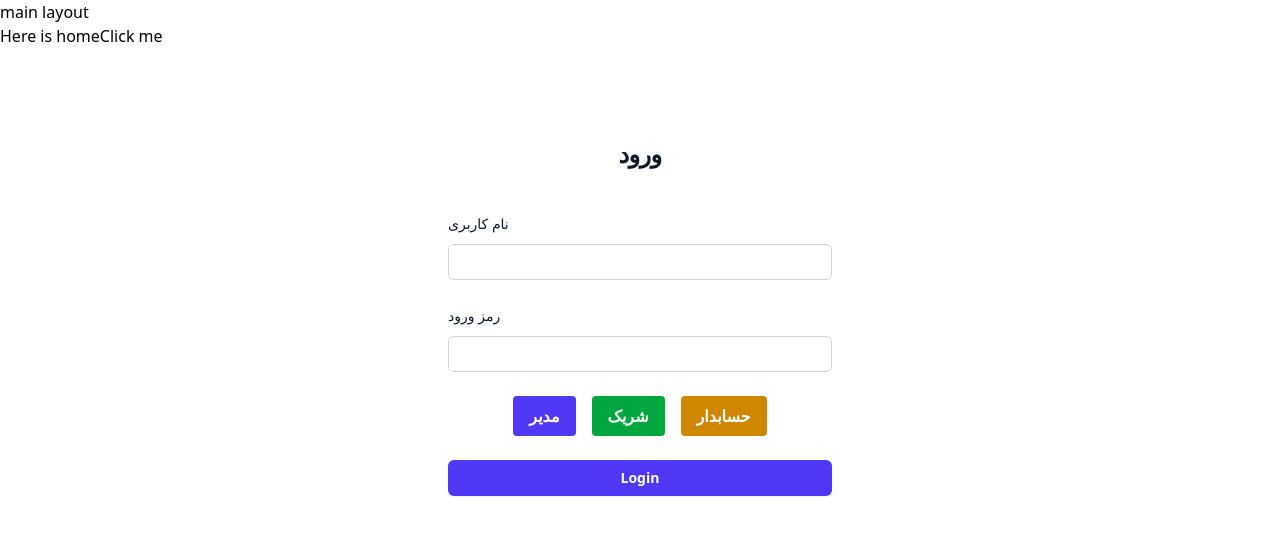
Repository: fuad303/karokhy-frontend
Page: /
These files come from the project's save history. The page is drawn as it stood at one moment and after the next save; the edit follows.
The browser window is 1280 px wide. The pictures show the whole page.
The project was rebuilt for these pictures with package versions that can differ from the ones it lists, and the page was loaded fresh each time. Also part of the build but not shown: vite.config.ts, src/layouts/AuthLayout.tsx.

Above is the page before, as saved 2025-12-08 12:44:33.

After the next save:
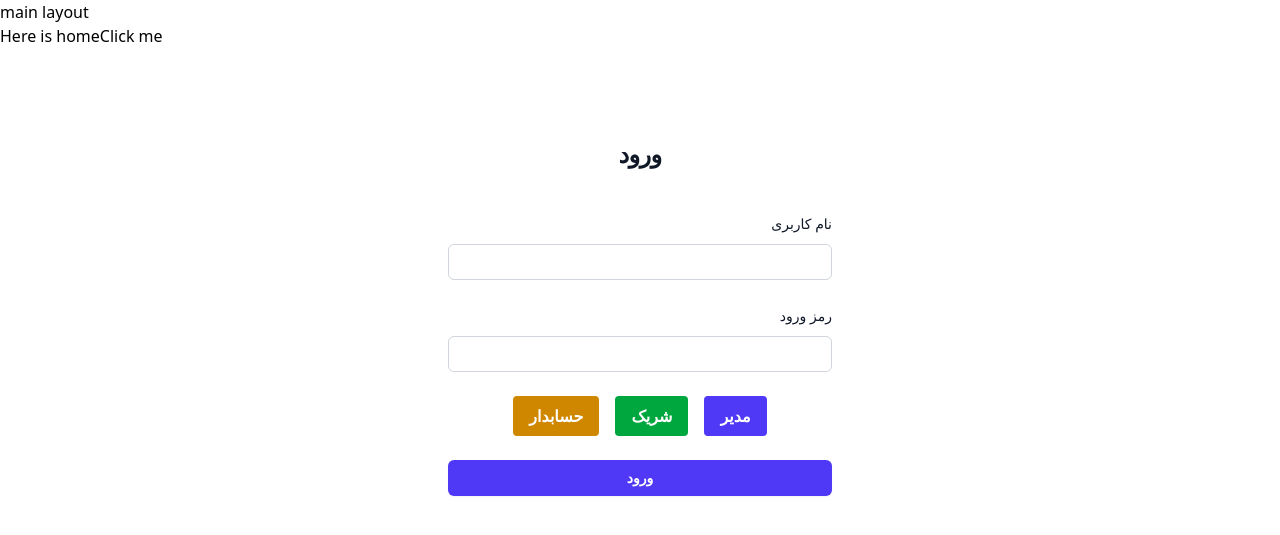
Saved 83 s later.
--- a/src/components/LoginPage.tsx
+++ b/src/components/LoginPage.tsx
@@ -3,39 +3,44 @@ import React from "react";
 function LoginPage() {
   return (
     <div>
-      <div className="flex min-h-full flex-col justify-center px-6 py-12 lg:px-8">
+      <div
+        className="flex min-h-full flex-col justify-center px-6 py-12 lg:px-8"
+        dir="rtl"
+      >
         <div className="sm:mx-auto sm:w-full sm:max-w-sm">
-          <h2 className="mt-10 text-center text-2xl/9 font-bold tracking-tight text-gray-900 white:text-black">
+          <h2 className="mt-10 text-center text-2xl/9 font-bold tracking-tight text-gray-900 dark:text-white">
             ورود
           </h2>
         </div>
 
         <div className="mt-10 sm:mx-auto sm:w-full sm:max-w-sm">
           <form action="#" method="POST" className="space-y-6">
+            {/* نام کاربری */}
             <div>
               <label
-                for="username"
-                class="block text-sm/6 font-medium text-gray-900"
+                htmlFor="username"
+                className="block text-sm/6 font-medium text-gray-900 text-right"
               >
                 نام کاربری
               </label>
               <div className="mt-2">
                 <input
-                  id="email"
-                  type="email"
-                  name="email"
+                  id="username"
+                  type="text"
+                  name="username"
                   required
-                  autocomplete="email"
-                  class="block w-full rounded-md bg-white px-3 py-1.5 text-base text-gray-900 outline-1 -outline-offset-1 outline-gray-300 placeholder:text-gray-400 focus:outline-2 focus:-outline-offset-2 focus:outline-indigo-600 sm:text-sm/6 dark:bg-white/5 dark:text-white dark:outline-white/10 dark:placeholder:text-gray-500 dark:focus:outline-indigo-500"
+                  autoComplete="username"
+                  className="block w-full rounded-md bg-white px-3 py-1.5 text-base text-gray-900 outline-1 -outline-offset-1 outline-gray-300 placeholder:text-gray-400 focus:outline-2 focus:-outline-offset-2 focus:outline-indigo-600 sm:text-sm/6 dark:bg-white/5 dark:text-white dark:outline-white/10 dark:placeholder:text-gray-500 dark:focus:outline-indigo-500"
                 />
               </div>
             </div>
 
+            {/* رمز ورود */}
             <div>
               <div className="flex items-center justify-between">
                 <label
-                  for="password"
-                  class="block text-sm/6 font-medium  text-right text-gray-900 "
+                  htmlFor="password"
+                  className="block text-sm/6 font-medium text-gray-900 text-right"
                 >
                   رمز ورود
                 </label>
@@ -46,11 +51,13 @@ function LoginPage() {
                   type="password"
                   name="password"
                   required
-                  autocomplete="current-password"
-                  class="block w-full rounded-md bg-white px-3 py-1.5 text-base text-gray-900 outline-1 -outline-offset-1 outline-gray-300 placeholder:text-gray-400 focus:outline-2 focus:-outline-offset-2 focus:outline-indigo-600 sm:text-sm/6 dark:bg-white/5 dark:text-white dark:outline-white/10 dark:placeholder:text-gray-500 dark:focus:outline-indigo-500"
+                  autoComplete="current-password"
+                  className="block w-full rounded-md bg-white px-3 py-1.5 text-base text-gray-900 outline-1 -outline-offset-1 outline-gray-300 placeholder:text-gray-400 focus:outline-2 focus:-outline-offset-2 focus:outline-indigo-600 sm:text-sm/6 dark:bg-white/5 dark:text-white dark:outline-white/10 dark:placeholder:text-gray-500 dark:focus:outline-indigo-500"
                 />
               </div>
             </div>
+
+            {/* دکمه نقش‌ها */}
             <div className="flex gap-4 mt-4 justify-center">
               <button
                 type="button"
@@ -74,12 +81,13 @@ function LoginPage() {
               </button>
             </div>
 
+            {/* دکمه ورود */}
             <div>
               <button
                 type="submit"
                 className="flex w-full justify-center rounded-md bg-indigo-600 px-3 py-1.5 text-sm/6 font-semibold text-white shadow-xs hover:bg-indigo-500 focus-visible:outline-2 focus-visible:outline-offset-2 focus-visible:outline-indigo-600 dark:bg-indigo-500 dark:shadow-none dark:hover:bg-indigo-400 dark:focus-visible:outline-indigo-500"
               >
-                Login
+                ورود
               </button>
             </div>
           </form>
